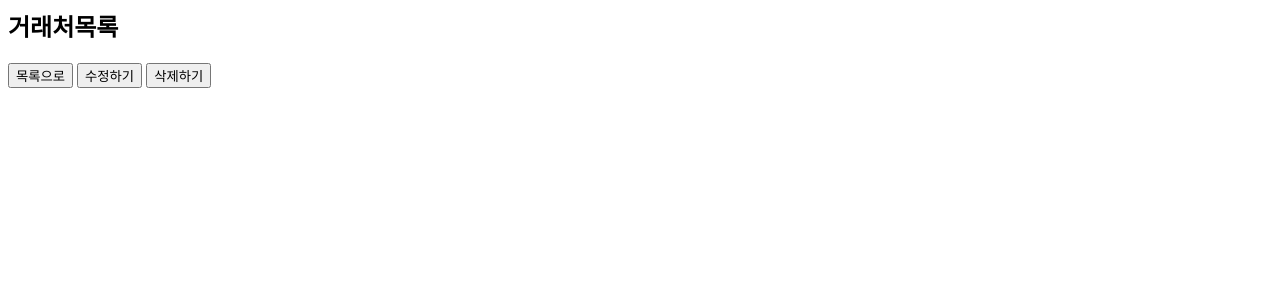
Repository: 2022-kh-final-mothlymoon/moon-back
Page: http://localhost/sellermoon/store/read.jsp
The author's editor kept a copy of each file at every save. The page is drawn from the files as they stood at one save, then again after the next save.
The browser window is 1280 px wide. The pictures show the whole page.
The page is served by Tomcat 9.

Above is the page before, as saved 2022-10-23 14:23:31.

After the next save:
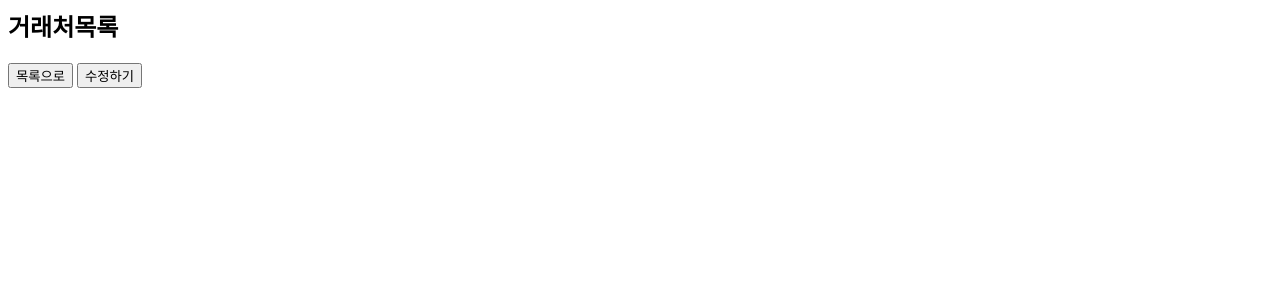
Saved 12 s later.
--- a/sellermoon/src/main/webapp/store/read.jsp
+++ b/sellermoon/src/main/webapp/store/read.jsp
@@ -60,6 +60,6 @@ if (storeList != null && storeList.size() > 0) {
 
         <input type="button" id="list" value="목록으로">
         <input type="button" id="edit" value="수정하기">
-        <input type="button" id="delete" value="삭제하기">
+       <!--  <input type="button" id="delete" value="삭제하기"> -->
 </body>
 </html>
